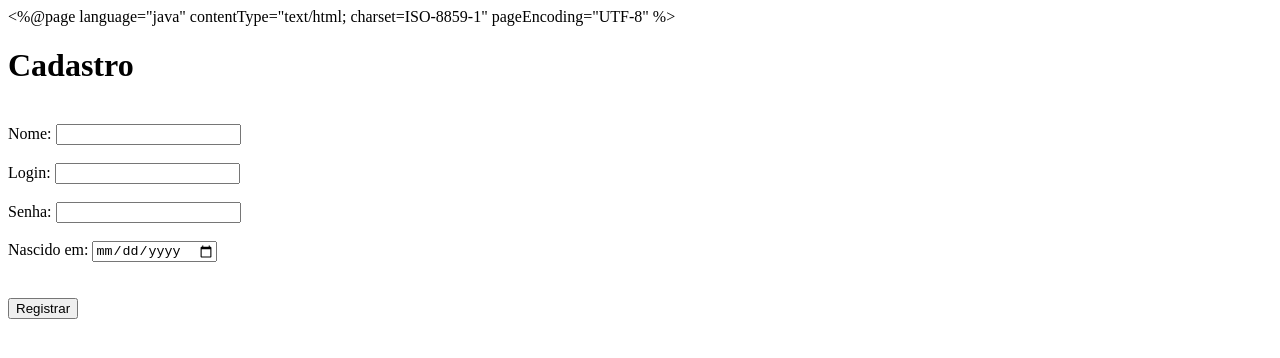
Repository: Vanessa2568/Atividade_Modulo4
Page: TurNE_crud/src/main/webapp/index.html
The author's editor kept a copy of each file at every save. The page is drawn from the files as they stood at one save, then again after the next save.
The browser window is 1280 px wide. The pictures show the whole page.

Above is the page before, as saved 2023-11-07 18:18:01.

### TurNE_crud/src/main/webapp/index.html
	<%@page language="java" contentType="text/html; charset=ISO-8859-1" pageEncoding="UTF-8" %>
    <!DOCTYPE html>
    <html lang="en">
    <head>
        <meta charset="UTF-8">
        <meta name="viewport" content="width=device-width, initial-scale=1.0">
        <title>Cadastro</title>
    </head>
    <body>
        <h1>Cadastro</h1>
        <br>
        <form action="CreateController" method="POST">
            <label for="nome">Nome:</label>
            <input type="text" id="nome" name="nome" required>
            <br><br>
            <label for="login">Login:</label>
            <input type="text" id="login" name="login" required>
            <br><br>
            <label for="senha">Senha:</label>
            <input type="password" id="senha" name="senha" required>
            <br><br>
            <label for="dataNascimento"> Nascido em: </label>
            <input type="date" class="form-control" id="dataNasc" name="dataNasc" required>
            <br><br><br>
            <input type="submit" value="Registrar">
        </form>
    </body>
    </html>

After the next save:
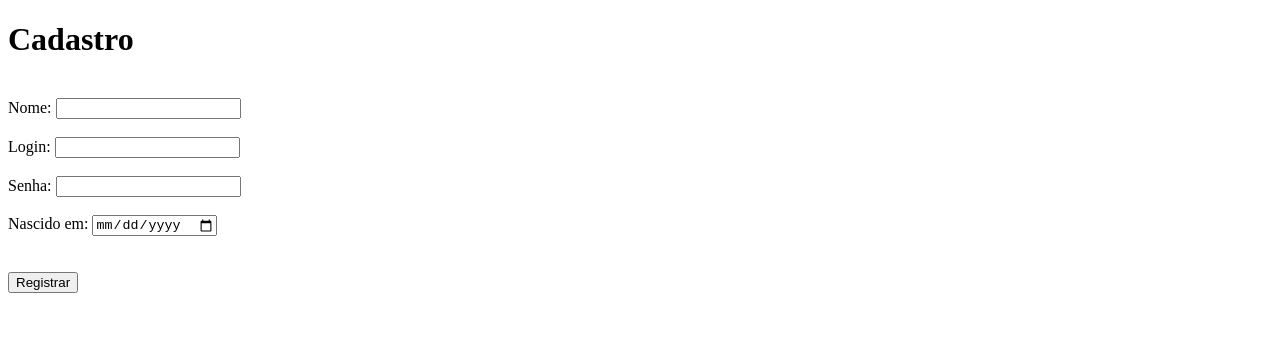
Saved 12 s later.
--- a/TurNE_crud/src/main/webapp/index.html
+++ b/TurNE_crud/src/main/webapp/index.html
@@ -1,5 +1,4 @@
-	<%@page language="java" contentType="text/html; charset=ISO-8859-1" pageEncoding="UTF-8" %>
-    <!DOCTYPE html>
+	    <!DOCTYPE html>
     <html lang="en">
     <head>
         <meta charset="UTF-8">
